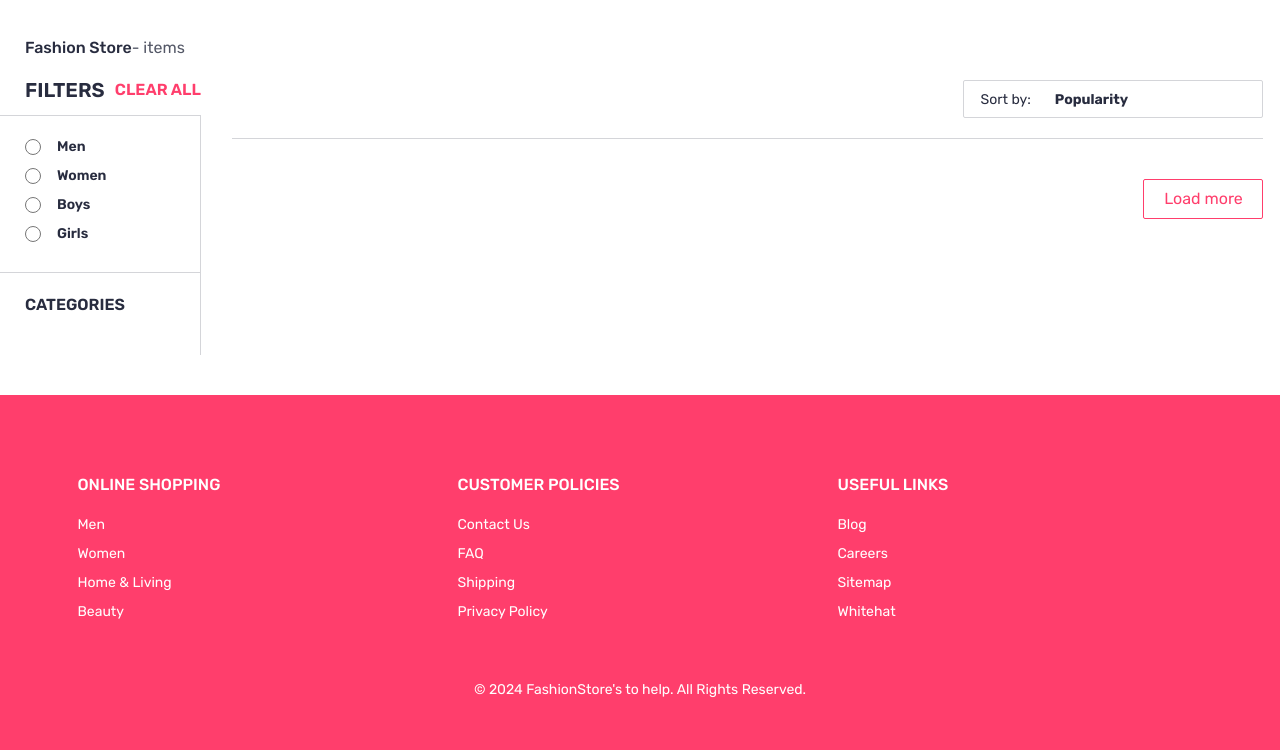
Repository: litaiqiang1407/Khanh-FashionStore
Page: /
The author's editor kept a copy of each file at every save. The page is drawn from the files as they stood at one save, then again after the next save.
The browser window is 1280 px wide. The page is 1288 px wide, so the pictures cover 1288 px, including what lies to the right of the window. The pictures show the part of the page from y = 1080 to 1830 px (the page is 1830 px tall).
The page's requests for data from a server got no answer. The project was rebuilt for these pictures with package versions that can differ from the ones it lists, and the page was loaded fresh each time. Some packages were replaced by stand-ins written for this rebuild. No one was signed in, and anything a server would have sent is missing. Also part of the build but not shown: src/pages/ProductDetail/index.js, src/pages/Login/index.js, src/pages/Signup/index.js, src/pages/Contact/index.js, src/pages/Profile/index.js, src/pages/Cart/index.js.

Above is the page before, as saved 2024-04-15 19:05:29.

### public/index.html
<!DOCTYPE html>
<html lang="en">
  <head>
    <meta charset="utf-8" />
    <link
      rel="icon"
      href="https://cdn.dribbble.com/userupload/7899795/file/original-7c498c1b6e9bb43ac93fe5918fafdf99.jpg?resize=1200x1200"
    />
    <meta name="viewport" content="width=device-width, initial-scale=1" />
    <title>Fashion Store</title>
    <link
      href="https://cdn.jsdelivr.net/npm/bootstrap@5.3.3/dist/css/bootstrap.min.css"
      rel="stylesheet"
      integrity="sha384-QWTKZyjpPEjISv5WaRU9OFeRpok6YctnYmDr5pNlyT2bRjXh0JMhjY6hW+ALEwIH"
      crossorigin="anonymous"
    />
  </head>
  <body>
    <div id="root"></div>
    <script
      src="https://cdn.jsdelivr.net/npm/bootstrap@5.3.3/dist/js/bootstrap.bundle.min.js"
      integrity="sha384-YvpcrYf0tY3lHB60NNkmXc5s9fDVZLESaAA55NDzOxhy9GkcIdslK1eN7N6jIeHz"
      crossorigin="anonymous"
    ></script>
    <script src="https://cdn.jsdelivr.net/npm/sweetalert2@11"></script>
  </body>
</html>

### src/components/GlobalStyles/GlobalStyles.scss
@import "normalize.css";
@import url("https://fonts.googleapis.com/css2?family=Rubik:ital,wght@0,300..900;1,300..900&display=swap");

:root {
  --black: #000;
  --white: #fff;
  --gray: #f5f5f6;
  --primary-color: #ff3e6c;
  --primary-text-color: #282c3f;
  --secondary-text-color: #535766;
  --primary-border-color: #d4d5d9;
  --price: #ff3e6c;
}

* {
  box-sizing: border-box;
}

html {
  font-size: 62.5%;
}

body {
  font-family: "Rubik", sans-serif;
  font-size: 1.6rem;
  line-height: 1.5;
  text-rendering: optimizeSpeed;
}

body::-webkit-scrollbar {
  display: none;
}

button,
input,
[tabindex] {
  border: none;
  outline: none;
  &:focus {
    outline: none;
  }
}

a[href] {
  text-decoration: none;
  color: var(--text-black-color);
}

ul {
  list-style-type: none;
  padding: 0;
  margin: 0;
}

### src/pages/Home/Products/index.js
import { useEffect, useState } from "react";
import { interactData } from "~/functions/interactData";

import classNames from "classnames/bind";
import styles from "./Products.module.scss";
import { Col, Row } from "react-bootstrap";
import { Link } from "react-router-dom";
const cx = classNames.bind(styles);

function Products() {
  const [products, setProducts] = useState([]);
  const [displayedProducts, setDisplayedProducts] = useState(20);
  const [categories, setCategories] = useState([]);
  const [selectedCategories, setSelectedCategories] = useState([]);
  const productsURL = "http://localhost/fashion-store/api/Products.php";
  const categoriesURL = "http://localhost/fashion-store/api/Categories.php";

  useEffect(() => {
    interactData(productsURL, "GET", null, setProducts);
    interactData(categoriesURL, "GET", null, setCategories);
  }, []);

  const genders = ["Men", "Women", "Boys", "Girls"];

  const handleCategoryChange = (categoryID) => {
    // Toggle selection of category
    setSelectedCategories((prevSelectedCategories) =>
      prevSelectedCategories.includes(categoryID)
        ? prevSelectedCategories.filter((id) => id !== categoryID)
        : [...prevSelectedCategories, categoryID]
    );
  };

  useEffect(() => {
    // Fetch products based on selected categories
    const filteredProductsURL = `http://localhost/fashion-store/actions/filterByCategories.php?categories=${selectedCategories.join(
      ","
    )}`;
    interactData(filteredProductsURL, "GET", null, setProducts);
  }, [selectedCategories]);

  const loadMoreProducts = () => {
    setDisplayedProducts(displayedProducts + 20);
  };
  return (
    <div className={cx("products")}>
      <div className={cx("header")}>
        <h1 className={cx("header-title")}>Fashion Store</h1>
        <span className={cx("header-count")}>{` - items`}</span>
      </div>
      <div className={cx("body")}>
        <Row>
          <Col lg={2} className={cx("filter")}>
            <div className={cx("filter-header")}>
              <span className={cx("filter-header__title")}>FILTERS</span>
              <span className={cx("filter-header__clear")}>CLEAR ALL</span>
            </div>
            <div className={cx("filter-body")}>
              <div className={cx("filter-gender")}>
                <ul className={cx("gender-list")}>
                  <li className={cx("gender-item")}>
                    <label className={cx("item-label")}>
                      <input
                        name="gender-item"
                        type="radio"
                        className={cx("item-input")}
                      />
                      <span className={cx("item-value")}>Men</span>
                    </label>
                  </li>
                  <li className={cx("gender-item")}>
                    <label className={cx("item-label")}>
                      <input
                        name="gender-item"
                        type="radio"
                        className={cx("item-input")}
                      />
                      <span className={cx("item-value")}>Women</span>
                    </label>
                  </li>
                  <li className={cx("gender-item")}>
                    <label className={cx("item-label")}>
                      <input
                        name="gender-item"
                        type="radio"
                        className={cx("item-input")}
                      />
                      <span className={cx("item-value")}>Boys</span>
                    </label>
                  </li>
                  <li className={cx("gender-item")}>
                    <label className={cx("item-label")}>
                      <input
                        name="gender-item"
                        type="radio"
                        className={cx("item-input")}
                      />
                      <span className={cx("item-value")}>Girls</span>
                    </label>
                  </li>
                </ul>
              </div>
              <div className={cx("filter-category")}>
                <span className={cx("category-title")}>CATEGORIES</span>
                <ul className={cx("category-list")}>
                  {categories.map((category) => (
                    <li className={cx("category-item")} key={category.ID}>
                      <label className={cx("item-label")}>
                        <input
                          name="category-item"
                          type="checkbox"
                          className={cx("item-input")}
                          onChange={() => handleCategoryChange(category.ID)}
                          checked={selectedCategories.includes(category.ID)}
                        />
                        <span className={cx("item-value")}>
                          {category.Name}
                        </span>
                      </label>
                    </li>
                  ))}
                </ul>
              </div>
            </div>
          </Col>
          <Col lg={10} className={cx("product")}>
            <div className={cx("product-header")}>
              <div className={cx("sort-by")}>
                <span className={cx("sort-by__title")}>Sort by:</span>
                <span className={cx("sort-by__value")}>Popularity</span>
              </div>
            </div>
            <div className={cx("product-body")}>
              <ul className={cx("product-list")}>
                {products.slice(0, displayedProducts).map((product) => (
                  <li className={cx("product-item")} key={product.ID}>
                    <Link
                      to={`/product-detail/${product.ID}`}
                      className={cx("item-link")}
                    >
                      <img
                        src={product.Image}
                        alt={product.Name}
                        className={cx("product-img")}
                        loading="lazy" // lazy load images
                      />
                      <div className={cx("product-info")}>
                        <p className={cx("product-brand")}>{product.Brand}</p>
                        <p className={cx("product-name")}>{product.Name}</p>
                        <p className={cx("product-price")}>${product.Price}</p>
                      </div>
                    </Link>
                  </li>
                ))}
              </ul>
            </div>
            <div className={cx("product-footer")}>
              <button
                className={cx("load-more")}
                onClick={loadMoreProducts}
                disabled={displayedProducts >= products.length}
              >
                Load more
              </button>
            </div>
          </Col>
        </Row>
      </div>
    </div>
  );
}

export default Products;

### src/pages/Signup/Signup.module.scss
@import "~bootstrap/scss/bootstrap";

.form-container {
  margin: 0 auto;
  padding: 24px 36px;
  width: 400px;
  border: 1px solid var(--primary-border-color);
  border-radius: 8px;
  box-shadow: 0 0 10px 0 rgba(0, 0, 0, 0.1);

  .form-title {
    font-size: 2rem;
    color: var(--primary-text-color);
    font-weight: 600;
    margin-bottom: 24px;
  }

  .form-group {
    margin-bottom: 16px;
    .form-label {
      font-size: 1.6rem;
      margin-bottom: 8px;
    }

    .form-input {
      height: 40px;

      &:focus {
        border-color: var(--primary-color);
        box-shadow: 0 0 0 0.2rem rgba(255, 27, 103, 0.25);
      }
    }
  }

  .form-actions {
    display: flex;
    justify-content: flex-end;
    align-items: center;
    margin-top: 24px;

    .signup-btn,
    .login-btn {
      padding: 8px 16px;
      font-size: 1.6rem;
      border-radius: 4px;
      cursor: pointer;
      transition: background-color 0.3s;
      font-weight: 600;
    }

    .login-btn {
      background-color: var(--white);
      color: var(--primary-color);
      margin-right: 8px;
      border: 1px solid var(--primary-color);

      &:hover {
        background-color: var(--primary-color);
        color: var(--white);
      }
    }

    .signup-btn {
      background-color: var(--primary-color);
      color: var(--white);
      border: 1px solid var(--primary-color);

      &:hover {
        background-color: var(--white);
        color: var(--primary-color);
      }
    }
  }
}

### src/pages/Contact/Contact.module.scss
@import "~bootstrap/scss/bootstrap";

.contact {
  .contact-header {
    text-align: center;
    font-size: 4rem;
    font-weight: 600;
  }

  .form-container {
    display: flex;
    justify-content: center;
    margin-top: 60px;
  }
  .contact-form {
    width: 660px;
    border: 2px solid #202020;
    border-radius: 12px;
    padding: 40px 80px;

    .form-field {
      margin-bottom: 20px;
      .form-label {
        font-size: 1.6rem;
        margin-bottom: 8px;
        font-weight: 500;
      }

      .form-input {
        height: 40px;
        font-size: 1.4rem;
        &:focus {
          color: var(--gray-color);
          border-color: var(--gray);
          box-shadow: 0 0 0 0.2rem rgba(71, 71, 71, 0.25);
        }
      }
    }

    .send-btn {
      width: 160px;
      height: 40px;
      float: right;
      font-size: 1.6rem;
      border-radius: 4px;
      margin-top: 20px;
      color: var(--white);
      background-color: var(--primary-color);
    }
  }
}

### src/pages/Home/Banner/Banner.module.scss
@import "~bootstrap/scss/bootstrap";

.banner {
  padding: 0;
  .banner-img {
    width: 100%;
  }
}

### src/components/Layout/Components/Footer/Footer.module.scss
@import "~bootstrap/scss/bootstrap";

.footer {
  margin-top: 40px;
  background-color: var(--primary-color);
  padding: 40px 0;

  .footer-container {
    margin-top: 40px;

    .footer-title {
      color: var(--white);
      font-size: 1.6rem;
      margin-bottom: 20px;
    }

    .footer-list {
      padding: 0;
      font-size: 1.4rem;
      color: var(--white);
    }

    .footer-item {
      margin-bottom: 8px;
    }
  }
}

.footer-bottom {
  height: 40px;
  padding: 0;
  font-size: 1.4rem;
  margin-top: 40px;
  color: var(--white);
  background-color: var(--primary-color);
  text-align: center;
  line-height: 40px;
}

Loaded but not shown: src/reportWebVitals.js (common file); src/components/GlobalStyles/index.js (common file); src/components/Layout/Components/index.js (common file); src/components/Layout/Components/Header/index.js (93 lines, source omitted); src/components/Layout/Components/Footer/index.js (96 lines, source omitted); src/pages/Home/Banner/index.js (33 lines, source omitted); src/App.js (43 lines, source omitted); src/routes/index.js (52 lines, source omitted); src/functions/interactData.js (20 lines, source omitted); src/index.js (21 lines, source omitted); src/pages/index.js (7 lines, source omitted); src/components/Layout/UserLayout/index.js (13 lines, source omitted); src/pages/Home/index.js (13 lines, source omitted); src/components/index.js (1 lines, source omitted); src/components/Layout/index.js (1 lines, source omitted); src/pages/Home/Products/Products.module.scss (218 lines, source omitted); src/pages/ProductDetail/ProductDetail.module.scss (178 lines, source omitted); src/pages/Profile/Profile.module.scss (149 lines, source omitted); src/pages/Cart/Cart.module.scss (117 lines, source omitted); src/components/Layout/Components/Header/Header.module.scss (101 lines, source omitted); src/pages/Login/Login.module.scss (74 lines, source omitted)

After the next save:
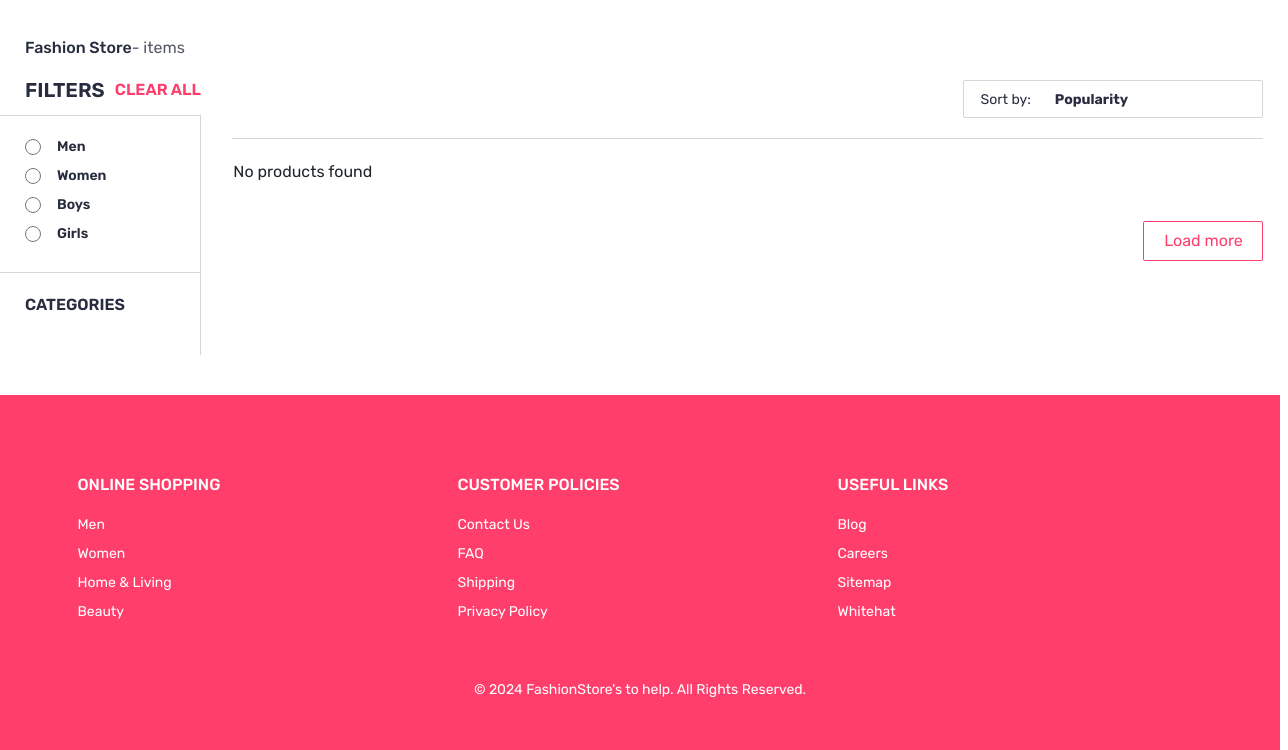
Saved 6 min 47 s later.
--- a/src/pages/Home/Products/index.js
+++ b/src/pages/Home/Products/index.js
@@ -12,6 +12,7 @@
   const [displayedProducts, setDisplayedProducts] = useState(20);
   const [categories, setCategories] = useState([]);
   const [selectedCategories, setSelectedCategories] = useState([]);
+  const [categoryProducts, setCategoryProducts] = useState([]);
   const productsURL = "http://localhost/fashion-store/api/Products.php";
   const categoriesURL = "http://localhost/fashion-store/api/Categories.php";
 
@@ -36,7 +37,7 @@
     const filteredProductsURL = `http://localhost/fashion-store/actions/filterByCategories.php?categories=${selectedCategories.join(
       ","
     )}`;
-    interactData(filteredProductsURL, "GET", null, setProducts);
+    interactData(filteredProductsURL, "GET", null, setCategoryProducts);
   }, [selectedCategories]);
 
   const loadMoreProducts = () => {
@@ -132,26 +133,55 @@
             </div>
             <div className={cx("product-body")}>
               <ul className={cx("product-list")}>
-                {products.slice(0, displayedProducts).map((product) => (
-                  <li className={cx("product-item")} key={product.ID}>
-                    <Link
-                      to={`/product-detail/${product.ID}`}
-                      className={cx("item-link")}
-                    >
-                      <img
-                        src={product.Image}
-                        alt={product.Name}
-                        className={cx("product-img")}
-                        loading="lazy" // lazy load images
-                      />
-                      <div className={cx("product-info")}>
-                        <p className={cx("product-brand")}>{product.Brand}</p>
-                        <p className={cx("product-name")}>{product.Name}</p>
-                        <p className={cx("product-price")}>${product.Price}</p>
-                      </div>
-                    </Link>
-                  </li>
-                ))}
+                {categoryProducts.length > 0 ? (
+                  categoryProducts
+                    .slice(0, displayedProducts)
+                    .map((product) => (
+                      <li className={cx("product-item")} key={product.ID}>
+                        <Link
+                          to={`/product/${product.ID}`}
+                          className={cx("product-link")}
+                        >
+                          <img
+                            src={product.Image}
+                            alt={product.Name}
+                            className={cx("product-image")}
+                          />
+                          <span className={cx("product-name")}>
+                            {product.Name}
+                          </span>
+                          <span className={cx("product-price")}>
+                            {product.Price}
+                          </span>
+                        </Link>
+                      </li>
+                    ))
+                ) : products.length > 0 ? (
+                  products.slice(0, displayedProducts).map((product) => (
+                    <li className={cx("product-item")} key={product.ID}>
+                      <Link
+                        to={`/product/${product.ID}`}
+                        className={cx("product-link")}
+                      >
+                        <img
+                          src={product.Image}
+                          alt={product.Name}
+                          className={cx("product-image")}
+                        />
+                        <span className={cx("product-name")}>
+                          {product.Name}
+                        </span>
+                        <span className={cx("product-price")}>
+                          {product.Price}
+                        </span>
+                      </Link>
+                    </li>
+                  ))
+                ) : (
+                  <li className={cx("product-item")}>
+                    <span className={cx("no-products")}>No products found</span>
+                  </li>
+                )}
               </ul>
             </div>
             <div className={cx("product-footer")}>

After the 5 saves that followed:
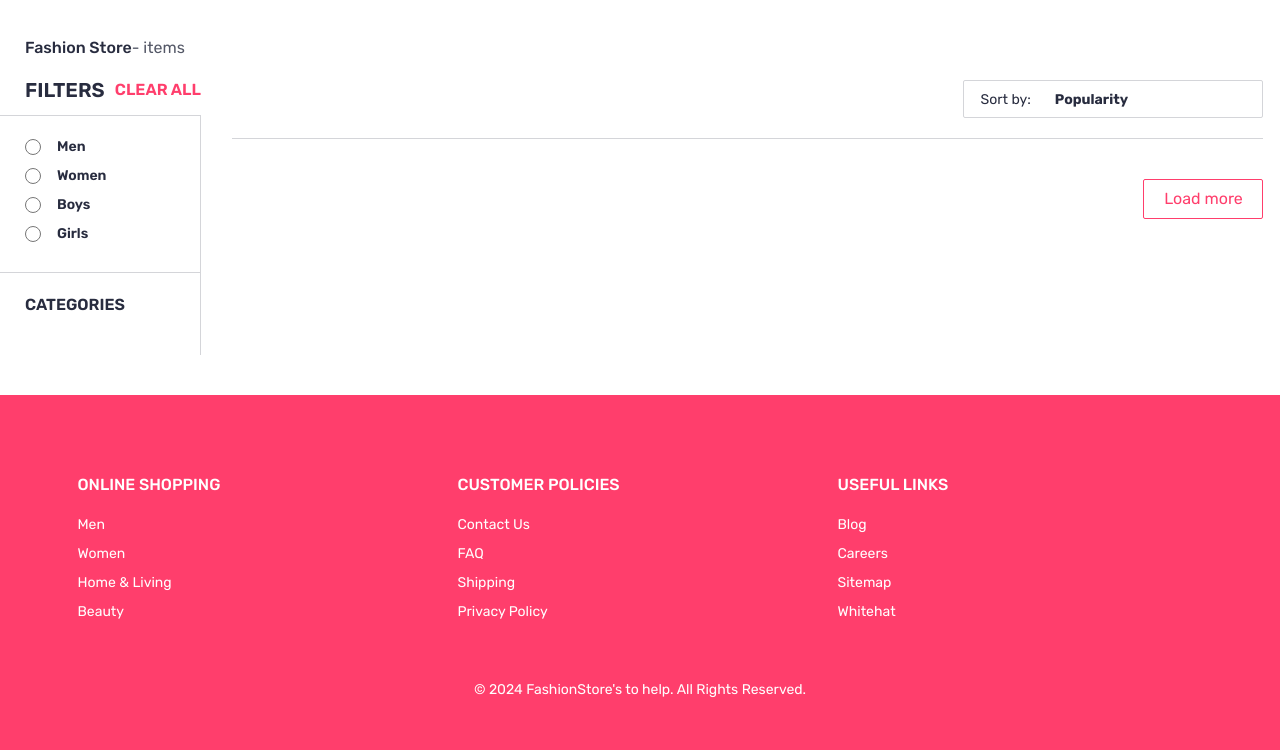
The 5 saves are shown as one change because 4 left the picture as it was.
The last was saved 12 min 59 s later.
--- a/src/pages/Home/Products/index.js
+++ b/src/pages/Home/Products/index.js
@@ -133,55 +133,26 @@
             </div>
             <div className={cx("product-body")}>
               <ul className={cx("product-list")}>
-                {categoryProducts.length > 0 ? (
-                  categoryProducts
-                    .slice(0, displayedProducts)
-                    .map((product) => (
-                      <li className={cx("product-item")} key={product.ID}>
-                        <Link
-                          to={`/product/${product.ID}`}
-                          className={cx("product-link")}
-                        >
-                          <img
-                            src={product.Image}
-                            alt={product.Name}
-                            className={cx("product-image")}
-                          />
-                          <span className={cx("product-name")}>
-                            {product.Name}
-                          </span>
-                          <span className={cx("product-price")}>
-                            {product.Price}
-                          </span>
-                        </Link>
-                      </li>
-                    ))
-                ) : products.length > 0 ? (
-                  products.slice(0, displayedProducts).map((product) => (
-                    <li className={cx("product-item")} key={product.ID}>
-                      <Link
-                        to={`/product/${product.ID}`}
-                        className={cx("product-link")}
-                      >
-                        <img
-                          src={product.Image}
-                          alt={product.Name}
-                          className={cx("product-image")}
-                        />
-                        <span className={cx("product-name")}>
-                          {product.Name}
-                        </span>
-                        <span className={cx("product-price")}>
-                          {product.Price}
-                        </span>
-                      </Link>
-                    </li>
-                  ))
-                ) : (
-                  <li className={cx("product-item")}>
-                    <span className={cx("no-products")}>No products found</span>
+                {products.slice(0, displayedProducts).map((product) => (
+                  <li className={cx("product-item")} key={product.ID}>
+                    <Link
+                      to={`/product-detail/${product.ID}`}
+                      className={cx("item-link")}
+                    >
+                      <img
+                        src={product.Image}
+                        alt={product.Name}
+                        className={cx("product-img")}
+                        loading="lazy" // lazy load images
+                      />
+                      <div className={cx("product-info")}>
+                        <p className={cx("product-brand")}>{product.Brand}</p>
+                        <p className={cx("product-name")}>{product.Name}</p>
+                        <p className={cx("product-price")}>${product.Price}</p>
+                      </div>
+                    </Link>
                   </li>
-                )}
+                ))}
               </ul>
             </div>
             <div className={cx("product-footer")}>
